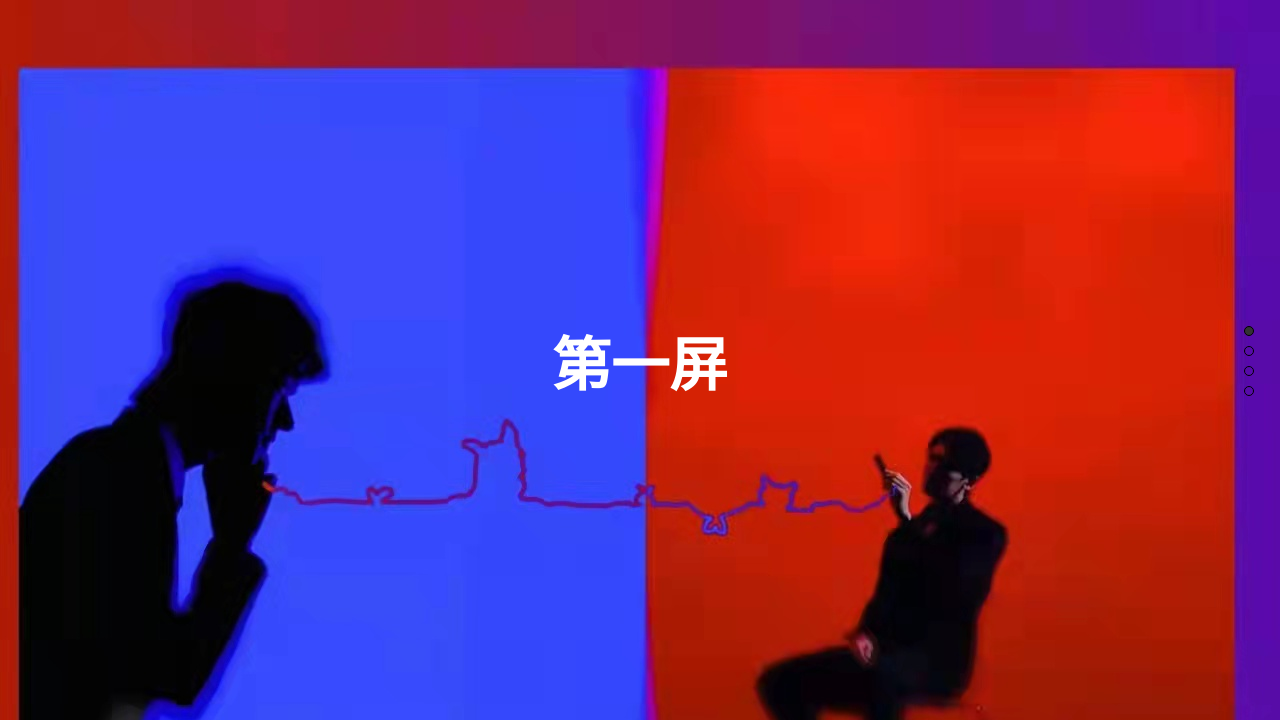
Repository: tfdonna/fontend
Page: js第一阶段/jquery/WebContent/hw02-全屏滚动四屏.html
These files come from the project's save history. The page is drawn as it stood at one moment and after the next save; the edit follows.
The browser window is 1280 px wide. The pictures show the whole page.

Above is the page before, as saved 2021-09-06 10:34:13.

### js第一阶段/jquery/WebContent/hw02-全屏滚动四屏.html
<!DOCTYPE html>
<html>
<head>
	<meta charset="UTF-8">
	<title>全屏滚动</title>

	<link rel="stylesheet" href="fullPage/css/jquery.fullPage.css">
	<style>
	.section {
		text-align: center;
		font: 50px "Microsoft Yahei";
		color: #fff;
		background: url("images/jz1.jpg") no-repeat;
		background-size: 100%;
	}
	</style>

	<script src="fullPage/js/jquery-1.8.3.min.js"></script>
	<script src="fullPage/js/jquery.fullPage.min.js"></script>
	<script>
	$(function(){
	    $('#dowebok').fullpage({
	        sectionsColor: ['#1bbc9b', '#4BBFC3', '#7BAABE', '#f90'],
	        'navigation': true,
	    });
	});
	</script>
</head>
<body>
	<div id="dowebok">
	    <div class="section">
	        <h3>第一屏</h3>

	    </div>
	    <div class="section">
	        <h3>第二屏</h3>
	        <img alt="" src="images/jz2.jpg" />
	    </div>
	    <div class="section">
	        <h3>第三屏</h3>
	        <img alt="" src="images/jz3.jpg" />
	    </div>
	    <div class="section">
	        <h3>第四屏</h3>
	        <img alt="" src="images/jz5.jpg" />
	    </div>
	</div>
</body>
</html>

Loaded but not shown: js第一阶段/jquery/WebContent/fullPage/css/jquery.fullPage.css (library); js第一阶段/jquery/WebContent/fullPage/js/jquery-1.8.3.min.js (library); js第一阶段/jquery/WebContent/fullPage/js/jquery.fullPage.min.js (library)

After the next save:
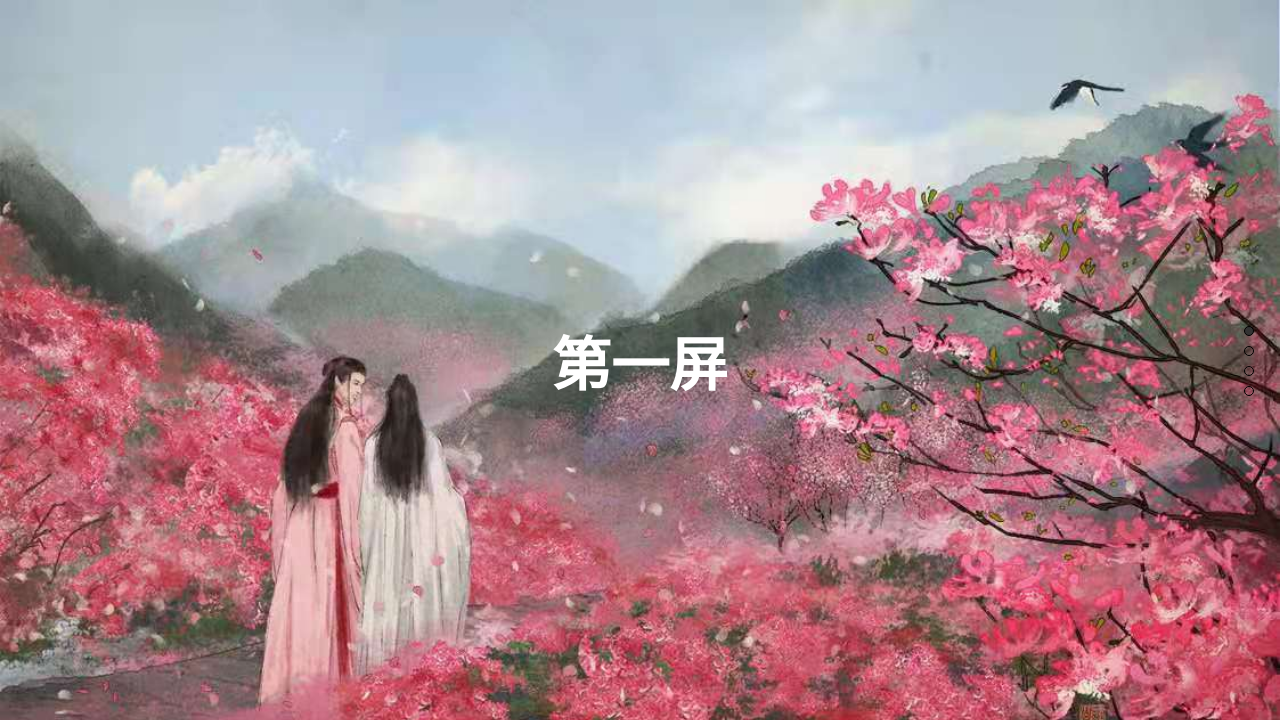
Saved 16 s later.
--- a/js第一阶段/jquery/WebContent/hw02-全屏滚动四屏.html
+++ b/js第一阶段/jquery/WebContent/hw02-全屏滚动四屏.html
@@ -10,7 +10,7 @@
 		text-align: center;
 		font: 50px "Microsoft Yahei";
 		color: #fff;
-		background: url("images/jz1.jpg") no-repeat;
+		background: url("images/jz2.jpg") no-repeat;
 		background-size: 100%;
 	}
 	</style>
